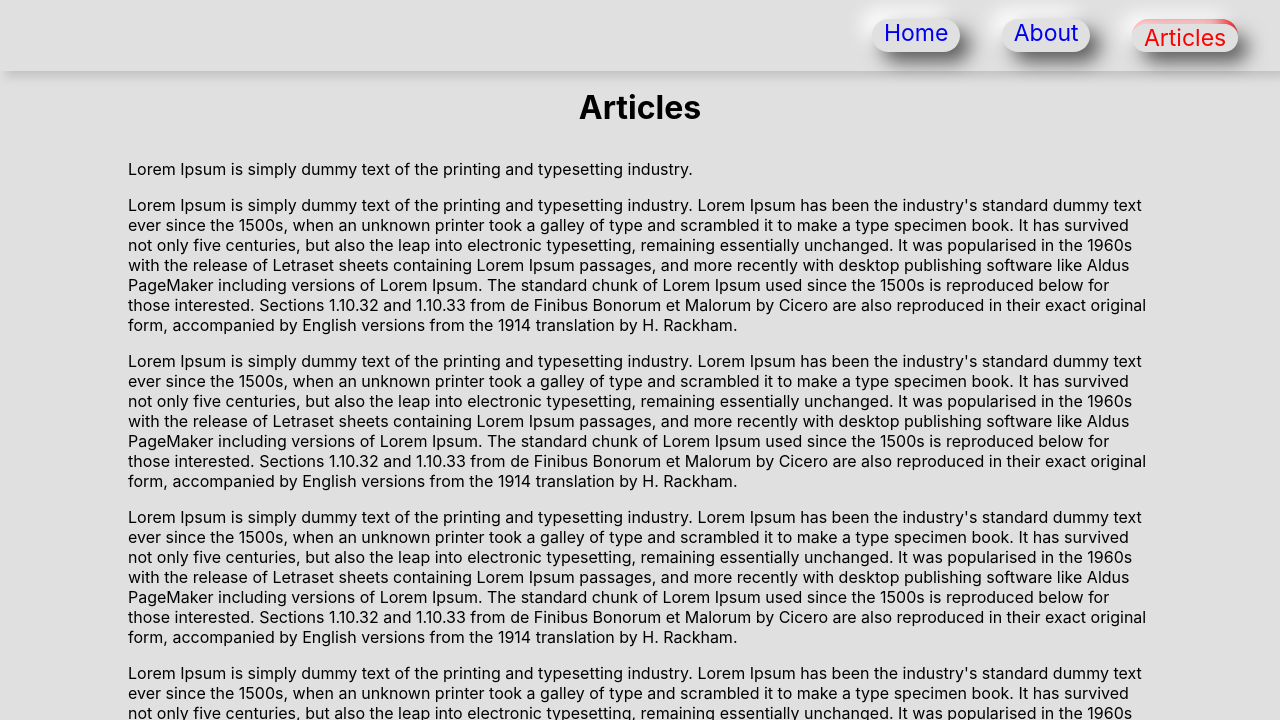
Repository: ShindanoSingi/react-software-architecture-course
Page: /articles
These files come from the project's save history. The page is drawn as it stood at one moment and after the next save; the edit follows.
The browser window is 1280 px wide. The pictures show the whole page.
The project was rebuilt for these pictures with package versions that can differ from the ones it lists, and the page was loaded fresh each time. Also part of the build but not shown: src/App.css, src/pages/Home.js, src/pages/About.js.

Above is the page before, as saved 2022-12-26 00:23:57.

After the next save:
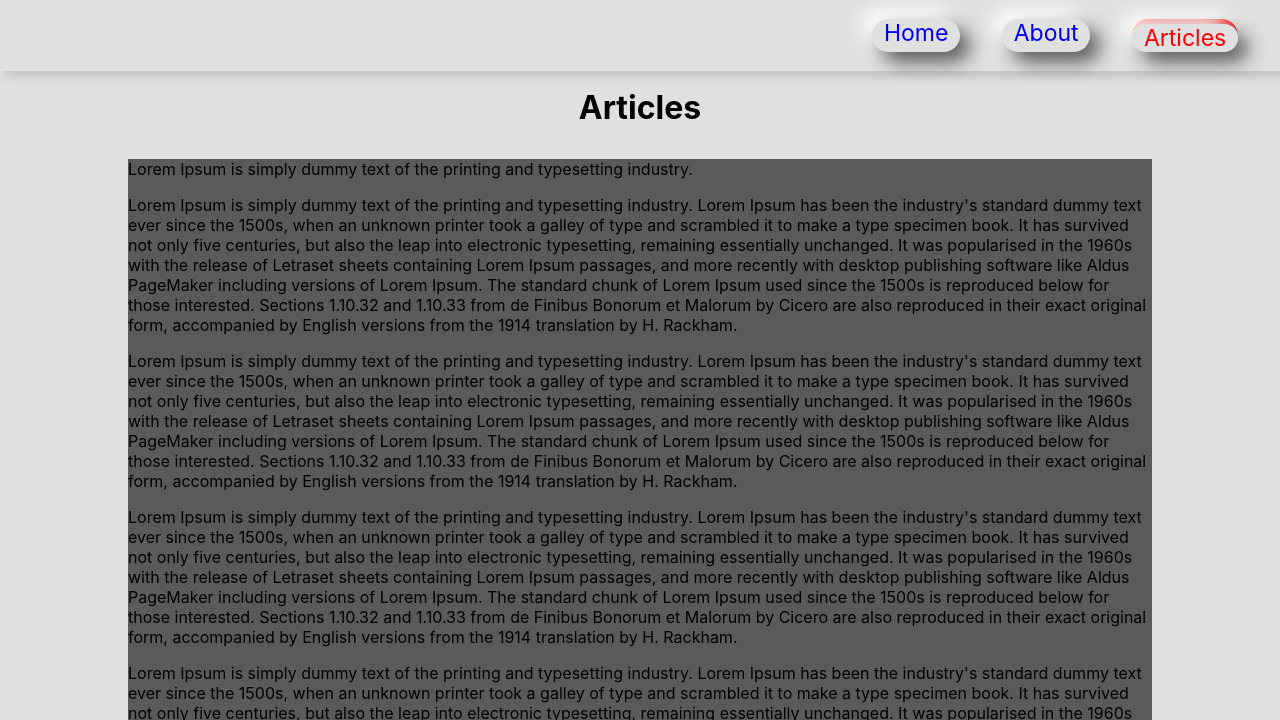
Saved 37 s later.
--- a/src/index.css
+++ b/src/index.css
@@ -58,6 +58,10 @@
       -5px -5px 10px #ffffff;
 }
 
+.div-container {
+  background:#5a5a5a;
+}
+
 .container {
   position: fixed;
   top: 4.5em;

After the 2 saves that followed:
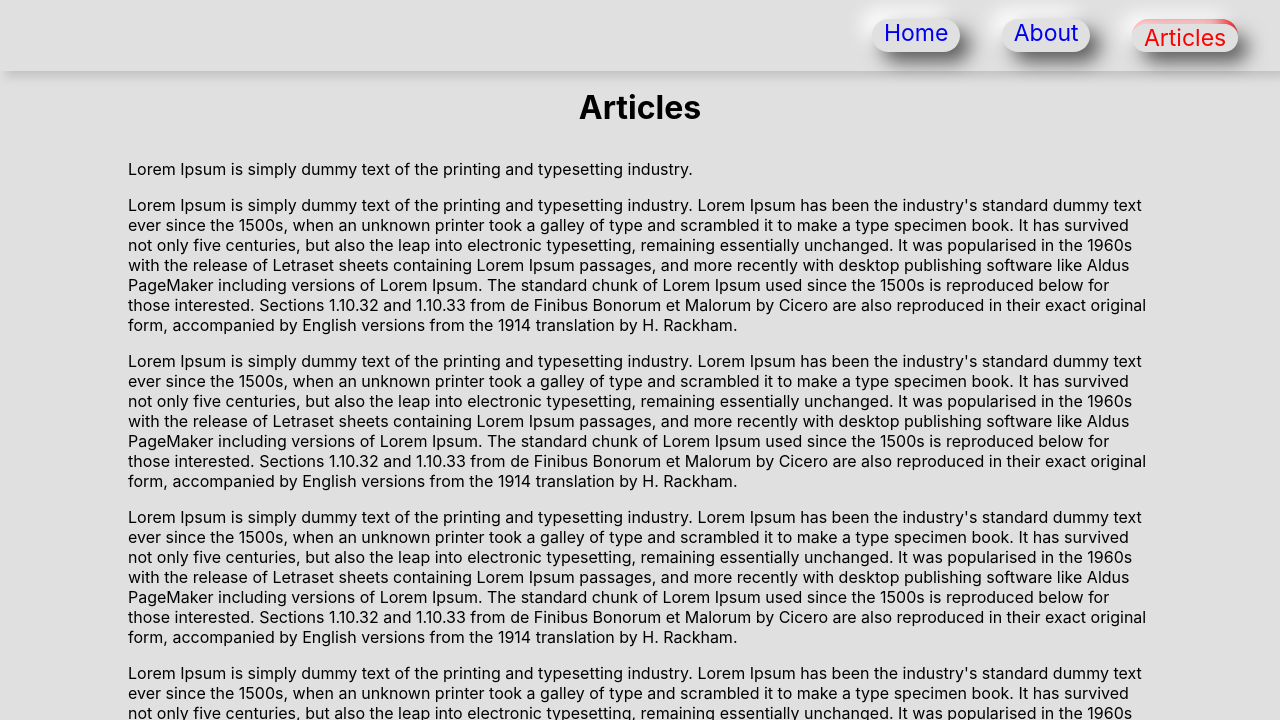
The 2 saves are shown as one change because 1 left the picture as it was.
The last was saved 2 min 21 s later.
--- a/src/index.css
+++ b/src/index.css
@@ -59,7 +59,7 @@
 }
 
 .div-container {
-  background:#5a5a5a;
+  color: black;
 }
 
 .container {
--- a/src/App.js
+++ b/src/App.js
@@ -6,10 +6,10 @@ import About from './pages/About';
 import Articles from './pages/Articles';
 
 
-export default class App extends React.Component {
+function App() {
 
-  render (){
-   return ( <div>
+   return (
+   <>
       <nav className='nav-bar'>
       <ul className='list-container'>
         <NavLink to='/' className={({isActive}) => isActive ? "is-active" : null}>
@@ -30,9 +30,9 @@ export default class App extends React.Component {
         <Route path='about' element={<About />}/>
         <Route path='articles' element={<Articles />}/>
       </Routes>
-    </div>
-    )
-   };
+    </>
+   )
+   ;
 }
 
-// export default App;
+ export default App;
